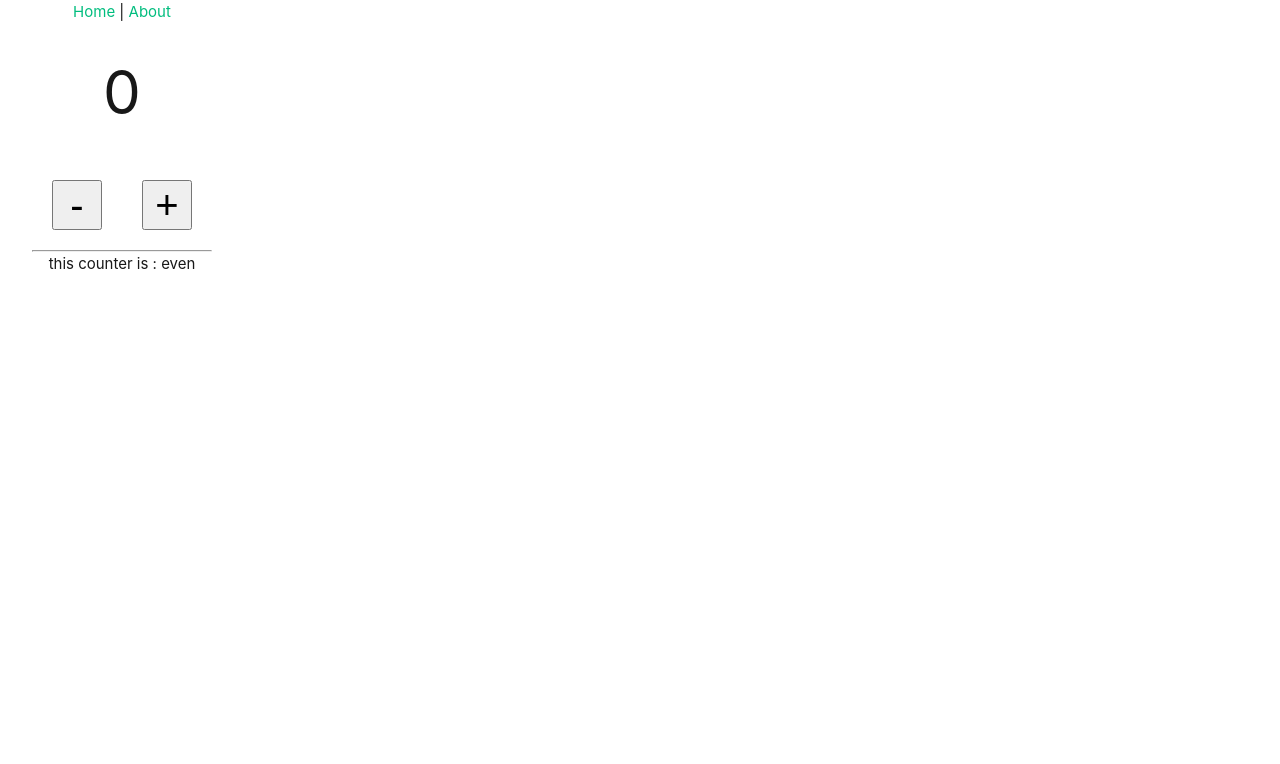
Repository: loktioncode/vectra-shop
Page: /
These files come from the project's save history. The page is drawn as it stood at one moment and after the next save; the edit follows.
The browser window is 1280 px wide. The pictures show the whole page.
The project was rebuilt for these pictures with package versions that can differ from the ones it lists, and the page was loaded fresh each time. Also part of the build but not shown: vite.config.ts.

Above is the page before, as saved 2023-09-20 13:39:53.

### src/assets/main.css
@import './base.css';

a,
.green {
  text-decoration: none;
  color: hsla(160, 100%, 37%, 1);
  transition: 0.4s;
}

@media (hover: hover) {
  a:hover {
    background-color: hsla(160, 100%, 37%, 0.2);
  }
}

@media (min-width: 1024px) {
  body {
    display: flex;
    place-items: center;
  }

  #app {
    display: grid;
    grid-template-columns: 1fr 1fr;
    padding: 0 2rem;
  }
}

### src/App.vue
<!-- <script setup lang="ts">
import { RouterLink, RouterView } from 'vue-router'
import HelloWorld from './components/HelloWorld.vue'
</script> -->

<template>
  <div class="app">
    <header>
      <nav>
        <RouterLink to="/">Home</RouterLink> |
        <RouterLink to="/about">About</RouterLink>
      </nav>

    </header>
    <RouterView />

  </div>
</template>

<style >
.app {
  text-align: center;
}
</style>

### src/assets/base.css
/* color palette from <https://github.com/vuejs/theme> */
:root {
  --vt-c-white: #ffffff;
  --vt-c-white-soft: #f8f8f8;
  --vt-c-white-mute: #f2f2f2;

  --vt-c-black: #181818;
  --vt-c-black-soft: #222222;
  --vt-c-black-mute: #282828;

  --vt-c-indigo: #2c3e50;

  --vt-c-divider-light-1: rgba(60, 60, 60, 0.29);
  --vt-c-divider-light-2: rgba(60, 60, 60, 0.12);
  --vt-c-divider-dark-1: rgba(84, 84, 84, 0.65);
  --vt-c-divider-dark-2: rgba(84, 84, 84, 0.48);

  --vt-c-text-light-1: var(--vt-c-indigo);
  --vt-c-text-light-2: rgba(60, 60, 60, 0.66);
  --vt-c-text-dark-1: var(--vt-c-white);
  --vt-c-text-dark-2: rgba(235, 235, 235, 0.64);
}

/* semantic color variables for this project */
:root {
  --color-background: var(--vt-c-white);
  --color-background-soft: var(--vt-c-white-soft);
  --color-background-mute: var(--vt-c-white-mute);

  --color-border: var(--vt-c-divider-light-2);
  --color-border-hover: var(--vt-c-divider-light-1);

  --color-heading: var(--vt-c-text-light-1);
  --color-text: var(--vt-c-black);

  --section-gap: 160px;
}

@media (prefers-color-scheme: dark) {
  :root {
    --color-background: var(--vt-c-black);
    --color-background-soft: var(--vt-c-black-soft);
    --color-background-mute: var(--vt-c-black-mute);

    --color-border: var(--vt-c-divider-dark-2);
    --color-border-hover: var(--vt-c-divider-dark-1);

    --color-heading: var(--vt-c-text-dark-1);
    --color-text: var(--vt-c-black);
  }
}

*,
*::before,
*::after {
  box-sizing: border-box;
  margin: 0;
  font-weight: normal;
}

body {
  min-height: 100vh;
  color: var(--color-text);

  background: var(--vt-c-white);

  transition:
    color 0.5s,
    background-color 0.5s;
  line-height: 1.6;
  font-family:
    Inter,
    -apple-system,
    BlinkMacSystemFont,
    'Segoe UI',
    Roboto,
    Oxygen,
    Ubuntu,
    Cantarell,
    'Fira Sans',
    'Droid Sans',
    'Helvetica Neue',
    sans-serif;
  font-size: 15px;
  text-rendering: optimizeLegibility;
  -webkit-font-smoothing: antialiased;
  -moz-osx-font-smoothing: grayscale;
}

### src/views/HomeView.vue


<template>
  <div class="home">
    <h1 class="count">{{ storeCounter.count  }}</h1>
    <div class="buttons">
      <button @click="decreaseCount">-</button>
      <button @click="increaseCount">+</button>
    </div>
    <hr>
    <div>
      this counter is : {{ oddOrEven }}
    </div>
  </div>
</template>



<script setup lang="ts">
// import TheWelcome from '../components/TheWelcome.vue'
import { computed, ref } from 'vue';
import { useCounterStore } from '@/stores/counter'

const count = ref(0);
const storeCounter = useCounterStore();

const increaseCount = () => {
  count.value++;
}
const decreaseCount = () => {
  count.value--;
}

const oddOrEven = computed(() => {
  if (count.value % 2 === 0) {
    return 'even'
  } else {
    return 'odd'
  }
})

</script>

<style>
@media (min-width: 1024px) {
  .home {
    min-height: 100vh;
    align-items: center;
  }

  .count {
    font-size: 60px;
    margin: 20px;
  }

  .buttons button {
    font-size: 40px;
    margin: 20px;
    width: 50px;
    height: 50px;
  }
}
</style>

### src/stores/counter.ts
import { computed } from 'vue'
import { defineStore } from 'pinia'

export const useCounterStore = defineStore({
  id: 'counter',
  state: () => ({
    count: 0,
    name: '张三',
    username: 'zhangsan'
  }),
  actions: {
    increaseCount() {
      this.count++;
    },
    decreaseCount() {
      this.count--;
    }
  }
})

Loaded but not shown: index.html (common file); src/main.ts (common file); src/router/index.ts (common file)

After the next save:
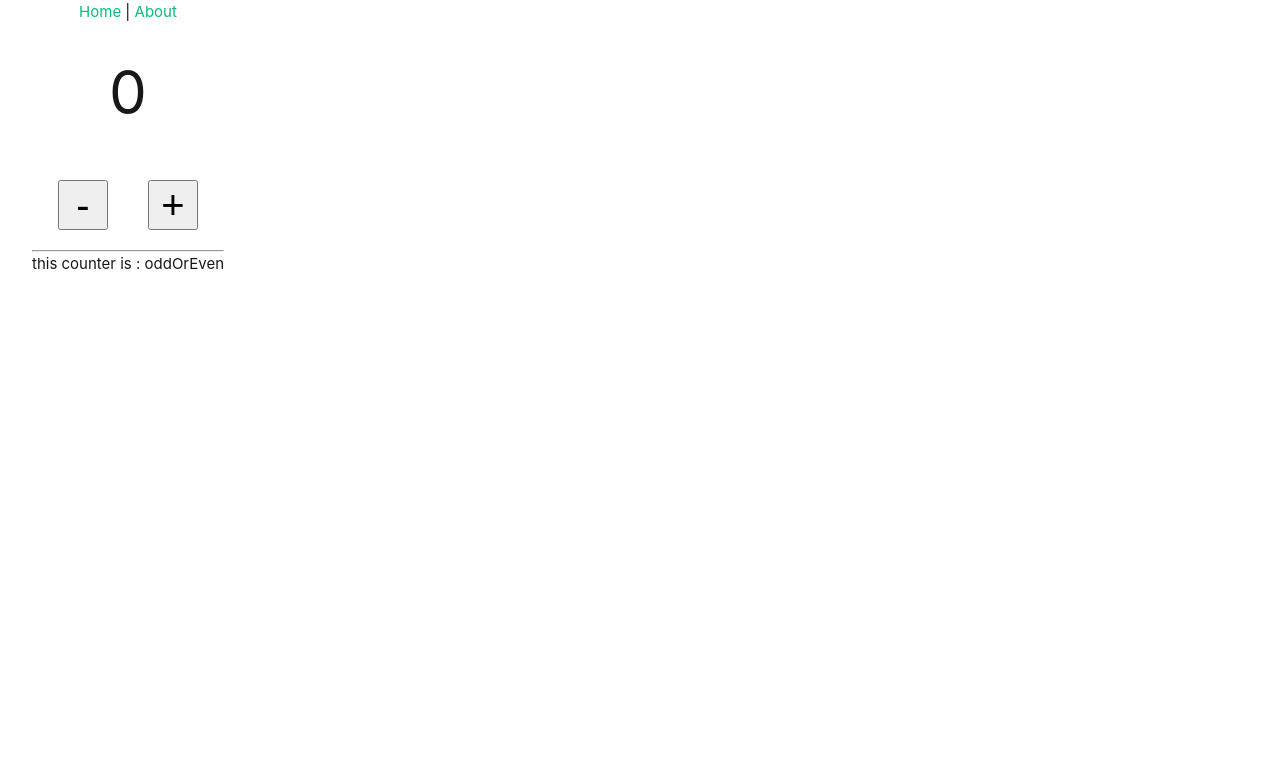
Saved 49 s later.
--- a/src/views/HomeView.vue
+++ b/src/views/HomeView.vue
@@ -2,14 +2,14 @@
 
 <template>
   <div class="home">
-    <h1 class="count">{{ storeCounter.count  }}</h1>
+    <h1 class="count">{{ storeCounter.count }}</h1>
     <div class="buttons">
-      <button @click="decreaseCount">-</button>
-      <button @click="increaseCount">+</button>
+      <button @click="storeCounter.decreaseCount">-</button>
+      <button @click="storeCounter.increaseCount">+</button>
     </div>
     <hr>
     <div>
-      this counter is : {{ oddOrEven }}
+      this counter is : {{ "oddOrEven" }}
     </div>
   </div>
 </template>
@@ -21,23 +21,16 @@
 import { computed, ref } from 'vue';
 import { useCounterStore } from '@/stores/counter'
 
-const count = ref(0);
 const storeCounter = useCounterStore();
 
-const increaseCount = () => {
-  count.value++;
-}
-const decreaseCount = () => {
-  count.value--;
-}
 
-const oddOrEven = computed(() => {
-  if (count.value % 2 === 0) {
-    return 'even'
-  } else {
-    return 'odd'
-  }
-})
+// const oddOrEven = computed(() => {
+//   if (count.value % 2 === 0) {
+//     return 'even'
+//   } else {
+//     return 'odd'
+//   }
+// })
 
 </script>
 

After the 3 saves that followed:
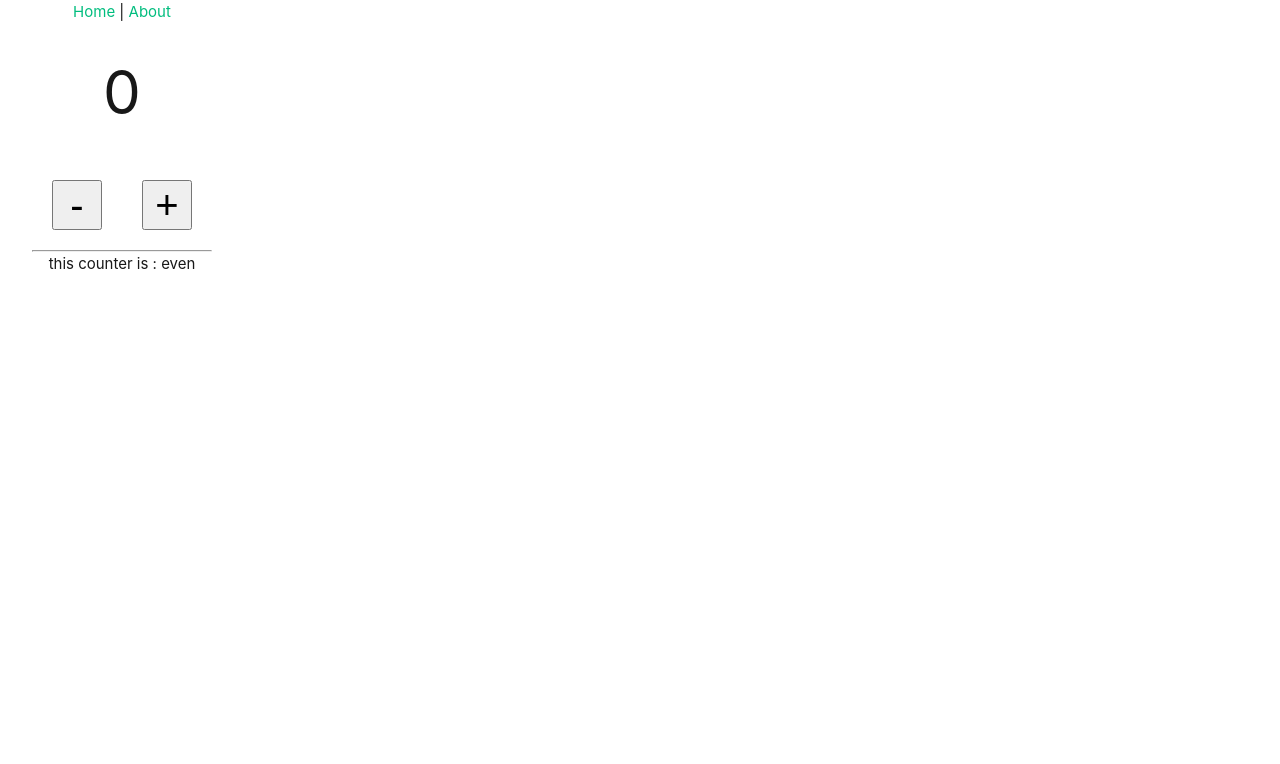
The 3 saves are shown as one change because 2 left the picture as it was.
The last was saved 8 min 20 s later.
--- a/src/views/HomeView.vue
+++ b/src/views/HomeView.vue
@@ -9,7 +9,7 @@
     </div>
     <hr>
     <div>
-      this counter is : {{ "oddOrEven" }}
+      this counter is : {{ storeCounter.oddOrEven }}
     </div>
   </div>
 </template>
@@ -18,19 +18,10 @@
 
 <script setup lang="ts">
 // import TheWelcome from '../components/TheWelcome.vue'
-import { computed, ref } from 'vue';
 import { useCounterStore } from '@/stores/counter'
 
 const storeCounter = useCounterStore();
 
-
-// const oddOrEven = computed(() => {
-//   if (count.value % 2 === 0) {
-//     return 'even'
-//   } else {
-//     return 'odd'
-//   }
-// })
 
 </script>
 
--- a/src/stores/counter.ts
+++ b/src/stores/counter.ts
@@ -15,5 +15,15 @@ export const useCounterStore = defineStore({
     decreaseCount() {
       this.count--;
     }
+  },
+  getters: {
+    oddOrEven: (state) => {
+      if (state.count % 2 === 0) {
+        return 'even'
+      } else {
+        return 'odd'
+      }
+    }
+
   }
 })
